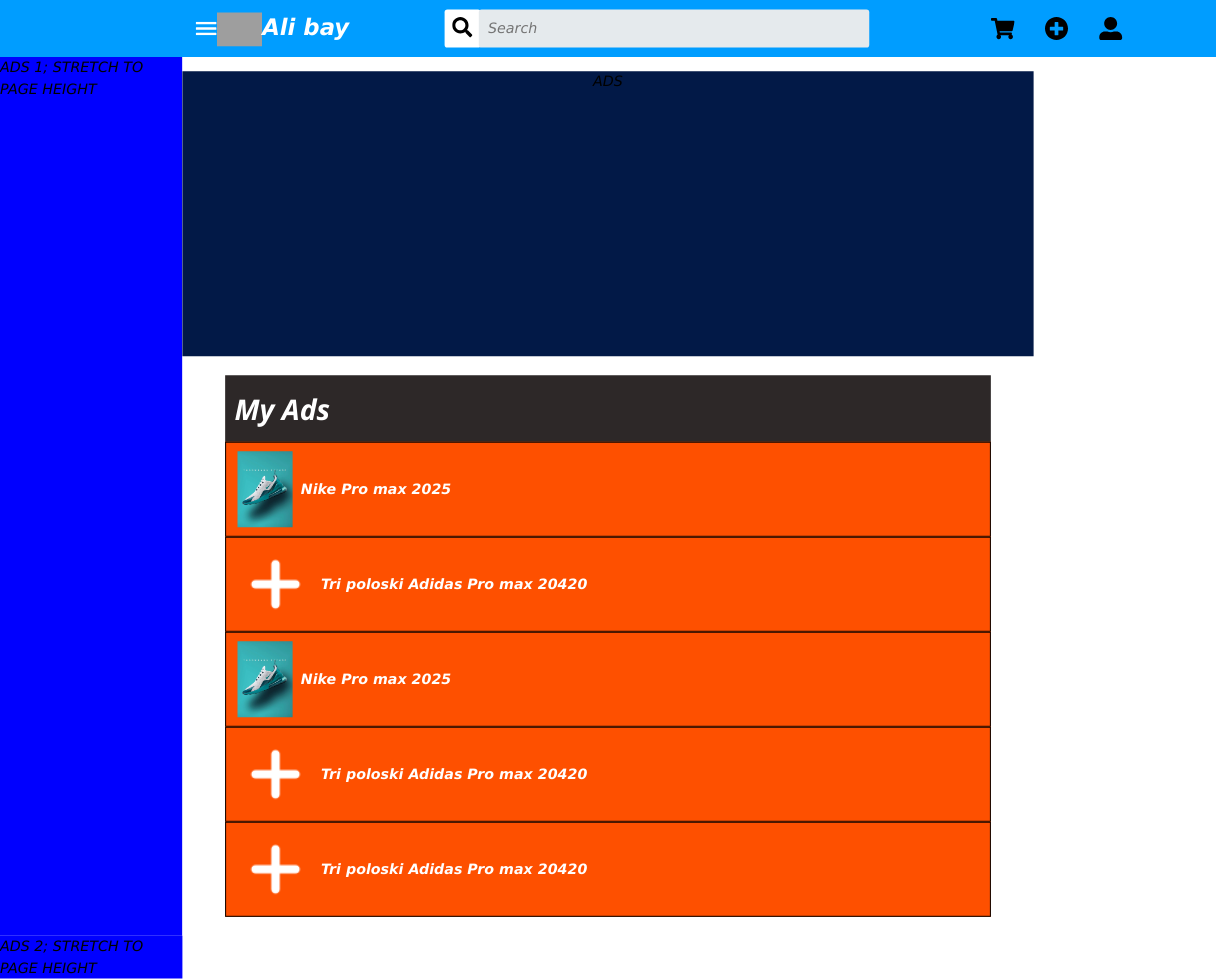
Repository: Aramys21/alibay-site
Page: public/ad_list.html
These files come from the project's save history. The page is drawn as it stood at one moment and after a run of saves; the edit follows.
The browser window is 1280 px wide. The pictures show the whole page, at 95% of full size.
Pictures or frames that could not be fetched are drawn as grey boxes.

Above is the page before, as saved 2023-04-05 00:53:59.

### public/ad_list.html
<!DOCTYPE html>
<html>
  <head>
	<link rel="stylesheet" href="src/css/w3.css">
	<link rel="stylesheet" href="src/css/style.css">
	<link rel="stylesheet" href="src/css/style4.css">
    <title>Ads List Page</title>
  </head>
  <body>
	<div class="w3-sidebar w3-bar-block w3-card w3-animate-left side-bar" style="display:none" id="mySidebar">
		<!-- Side bar Menu -->
		<div class="sidebar-language">
			<button class="w3-bar-item w3-button w3-xlarge sidebar">ENG</button>
			<button class="w3-bar-item w3-button w3-xlarge sidebar">FR</button>
			<button class="w3-bar-item w3-button w3-xlarge sidebar">عربي</button>
		</div>
		<!-- contents of side bar -->
		<a class="w3-bar-item sidebar-title">Compte</a>
		<a href="login.html" class="w3-bar-item sidebar-link"><img class="search-icon" src="src/icons/account-white-icon.svg" style="height:12px;"> Login</a>
		<a href="register.html" class="w3-bar-item sidebar-link"><img class="search-icon" src="src/icons/account-add-icon.svg" style="height:12px;"> Register</a>
		<!-- separator -->
		<a class="w3-bar-item sidebar-title">Categories</a>
		<a href="#" class="w3-bar-item sidebar-link"><img class="search-icon" src="src/icons/perfume-icon.svg" style="height:18px;"> Cosmetique et beauté</a>
		<a href="#" class="w3-bar-item sidebar-link"><img class="search-icon" src="src/icons/watch-icon.svg" style="height:18px;"> Accessoire de mode</a>
		<a href="#" class="w3-bar-item sidebar-link"><img class="search-icon" src="src/icons/car-icon.svg" style="height:18px;"> Véhicules</a>
		<a href="#" class="w3-bar-item sidebar-link"><img class="search-icon" src="src/icons/battery-icon.svg" style="height:18px;"> piéces détachées</a>
		<a href="#" class="w3-bar-item sidebar-link"><img class="search-icon" src="src/icons/android-icon.svg" style="height:18px;"> Téléphones</a>
		<a href="#" class="w3-bar-item sidebar-link"><img class="search-icon" src="src/icons/headphones-icon.svg" style="height:18px;"> Accessoires de téléphones</a>
		<a href="#" class="w3-bar-item sidebar-link"><img class="search-icon" src="src/icons/appliance-icon.svg" style="height:18px;"> Electronique et electroménager</a>
		<a href="vetements.html" class="w3-bar-item sidebar-link"><img class="search-icon" src="src/icons/clothes-icon.svg" style="height:18px;"> Vétements</a>
	</div>

   <div id="navbar" class="navbar">
		<a href="#" id="openNav" class="w3-large navbar-first" onclick="menu_click()"><svg width="22" height="14" viewBox="0 0 22 14" fill="none" xmlns="http://www.w3.org/2000/svg">
			<path d="M0.785714 2.57143H21.2143C21.6482 2.57143 22 2.31561 22 2V0.571429C22 0.255821 21.6482 0 21.2143 0H0.785714C0.351754 0 0 0.255821 0 0.571429V2C0 2.31561 0.351754 2.57143 0.785714 2.57143ZM0.785714 8.28571H21.2143C21.6482 8.28571 22 8.02989 22 7.71429V6.28571C22 5.97011 21.6482 5.71429 21.2143 5.71429H0.785714C0.351754 5.71429 0 5.97011 0 6.28571V7.71429C0 8.02989 0.351754 8.28571 0.785714 8.28571ZM0.785714 14H21.2143C21.6482 14 22 13.7442 22 13.4286V12C22 11.6844 21.6482 11.4286 21.2143 11.4286H0.785714C0.351754 11.4286 0 11.6844 0 12V13.4286C0 13.7442 0.351754 14 0.785714 14Z" fill="white"/>
			</svg>
			</a>
		<div class="navbar__logo"><a href="home.html"><img src="src/images/logo-ab.png" style="width:8%;height:auto;"/>Ali bay</a></div>
		<div class="navbar__search">
		<a class="search-icon-link" href="#"><img class="search-icon" src="src/icons/search-icon.svg" style="width:22px;"></a>
		<input type="text" placeholder="Search" class="navbar__search__input"/>
		</div>
		<div class="navbar__links">


			<div class="dropdown">
				<a href="#" class="dropbtn"><img class="nav-icons" src="src/icons/cart-icon.svg"></a>
				<div id="dropdown-cart" class="dropdown-content">
					<p>My Cart</p>
					<a href="#"><img class="search-icon" src="src/icons/clothes-icon.svg"> Link 1</a>
					<a href="#"><img class="search-icon" src="src/icons/watch-icon.svg"> Link 2</a>
					<a href="#"><img class="search-icon" src="src/icons/appliance-icon.svg"> Link 3</a>
				</div>
			</div>

			<div class="dropdown">
				<a href="ad_list.html" class="dropbtn"><img class="nav-icons" src="src/icons/add-icon.svg"></a>
			</div>

			<div class="dropdown">
				<a href="#" class="dropbtn"><img class="nav-icons" src="src/icons/account-icon.svg"></a>
				<div id="dropdown-acc" class="dropdown-content">
					<p>My Account</p>
					<div class="dropdown-acc-info-container">
						<div class="dropdown-acc-icon"><img id="dropdown-account-icon" src="src/icons/account-icon.svg"></div>
						<a id="dropdown-acc-username">WexDex</a>
					</div>

					<a href="#">Disconnect</a>
				</div>
			</div>

      </div>
    </div>
	<script>
		function menu_click() {
		  if (document.getElementById("mySidebar").style.display === "none") {
			  document.getElementById("mySidebar").style.left = "0";
			  document.getElementById("mySidebar").style.width = "15%";
			  document.getElementById("mySidebar").style.display = "block";
		  }
		  else {
			  document.getElementById("mySidebar").style.display = "none";
		  }
		}
		function w3_close() {
			  document.getElementById("mySidebar").style.display = "none";
		}
	</script>

	<!-- Body Start -->
	<div id="container" style="display:flex;">
	<div class="left">ADS 1; STRETCH TO PAGE HEIGHT</div>
	<div class="main">
		<!-- ADS -->
		<div class="ad-box">
			<p>ADS</p>
		</div>
		<!-- main content -->

		<div class="list-container">
			<div class="list-label"><h2>My Ads</h2></div>
			<!-- Item list -->

			<!-- Single item start -->
			<div class="list-item">
				<a><img src="src/images/ades (1).png"></a>
				<a>Nike Pro max 2025</a>
			</div>
			<!-- single item end -->

			<!-- Single item start -->
			<div class="list-item">
				<a><img src="src/images/ades (2).png"></a>
				<a>Tri poloski Adidas Pro max 20420</a>
			</div>
			<!-- single item end -->

			<!-- Single item start -->
			<div class="list-item">
				<a><img src="src/images/ades (1).png"></a>
				<a>Nike Pro max 2025</a>
			</div>
			<!-- single item end -->

			<!-- Single item start -->
			<div class="list-item">
				<a><img src="src/images/ades (2).png"></a>
				<a>Tri poloski Adidas Pro max 20420</a>
			</div>
			<!-- single item end -->
			<!-- Single item start -->
			<div class="list-item">
				<a><img src="src/images/ades (2).png"></a>
				<a>Tri poloski Adidas Pro max 20420</a>
			</div>
			<!-- single item end -->


		</div>
		</div>


	</div>
		<div class="right">ADS 2; STRETCH TO PAGE HEIGHT</div>
	</div>

	<a href="#" class="back-to-top"></a>
	<script>
		const backToTopButton = document.querySelector('.back-to-top');

		window.addEventListener('scroll', () => {
		  if (window.scrollY > 200) {
			backToTopButton.classList.add('show');
		  } else {
			backToTopButton.classList.remove('show');
		  }
		});

		backToTopButton.addEventListener('click', () => {
		  window.scrollTo({ top: 0, behavior: 'smooth' });
		});

	</script>
  </body>
</html>

### public/src/css/style.css
html,
body {

  font-style: italic;
}

/* Style for the navbar */
  .navbar {
	display: flex;
	justify-content: space-between;
	align-items: center;
	background-color: #009dff;
	color: #fff;
	padding: 10px;
	height: 60px;
  }
  .navbar__logo a {
	font-size: 24px;
	font-weight: bold;
	display: inline;
	color: #fff;
	text-decoration: none;

  }
  .navbar__logo img {
	  width:20% !important;
  }
  .navbar-first {
	  margin-left: 15%;
  }
  .navbar__logo {
	  display: inline;
	  width: 30%;
  }
  .navbar__search {
	  display: flex;
	  width:70%;
  }

  .navbar__search__input {
	/* margin: 0 20px; */
	margin-left: -2px;
	height: 40px;
	border-radius: 3px;
	border: none;
	padding: 0 10px;
	z-index: 1;
  }

  input[type="text"].navbar__search__input {
	margin-right: 20%;
	width: 100% !important;
	background-color: #e5eaed;
  }
  .search-icon-link {
	padding-top: 7px;
	background-color: #ffffff;
	border-radius: 3px;
	border: none;
	padding-left: 8px;
	padding-right: 8px;
  }

  .navbar__links {
	display: flex;
	margin-right: 5%;
  }
  .navbar__links a {
	color: #000;
	text-decoration: none;
	margin-right: 30px;
	font-size: 20px;
	margin-right: 50px;
  }
  .navbar__links a:last-child {
	margin-right: 0;
  }


  .nav-icons {
	  fill: black;
	  color: black;
  }

.side-bar {
	transition: 0.5s;
	background-color: #009dff;
	color: #fff;
}

#navbar {
  transition: margin-left .5s;
  padding: 20px;
}

@media screen and (max-height: 450px) {
  .navbar {padding-top: 15px;}
  .navbar a {font-size: 18px;}
}

/* Drop down */

.dropdown {
  float: left;
  overflow: hidden;
}

.dropdown .dropbtn {
  font-size: 16px;
  border: none;
  outline: none;
  color: white;
  padding: 14px 16px;
  background-color: inherit;
  font-family: inherit;
  margin: 0;
}

.navbar a:hover, .dropdown:hover .dropbtn {

}

.dropdown-content {
  display: none;
  position: absolute;
  background-color: #f9f9f9;
  box-shadow: 0px 8px 16px 0px rgba(0,0,0,0.2);
  z-index: 1;
  right : 10px;
}
#dropdown-cart {
	min-width: 400px;
}
#dropdown-acc {
	min-width: 250px;
}

.dropdown-acc-info-container {
	display: flex;
	align-items: center;
	background-color: #2D2828;
}
.dropdown-acc-info-container a {
	color: white;
	font-size: 20px;

}

.dropdown-acc-icon {
  display: flex;
  justify-content: center;
  align-items: center;
  width: 70px;
  height: 70px !important;
  border-radius: 50%;
  background-color: #FE5000;
  margin-bottom: 5px;
  color: white;
  margin: 5px;
}

.dropdown-acc-icon img {
	fill: #fff;
	color: #fff;
}

.dropdown-content a:not([id="dropdown-acc-username"]),.dropdown-content p,.dropdown-content img {
  float: none;
  color: #fff;
  padding: 6px 10px;
  text-decoration: none;
  display: flex;
  text-align: left;
  margin-right: 0;
  background-color: #FE5000;
}
.dropdown-content img {
	background-color: transparent;
}
.dropdown-content a {
	display: flex;
}

.dropdown-content p {
	background-color: #2D2828;
	margin-bottom: 0;
	margin-top: 0;
	font-size: 20px;
	color: #fff;
}
#dropdown-acc p {
	background-color: #000;
}

.dropdown-content a:hover:not([id="dropdown-acc-username"]),.dropdown-content img:hover {
  background-color: #942B0A;
}
#dropdown-account-icon:hover {
	background-color: transparent;
}

.dropdown:hover .dropdown-content {
  display: block;
}

/* Sidebar */

.sidebar-language button {
	width: 34%;
	font-size: 20px;
}
.sidebar-language {
	display: flex;
	background-color: #0077ff;
	color: #fff;
}
a.sidebar-title, a.sidebar-link {
	text-decoration: none;
}
a.sidebar-link {
	margin-left: 5%;
}
a.sidebar-link:hover {
	background-color: #942B0A;
}


/* Body Structure */
.container {
  justify-content: center;
  align-items: center;
}
.left,
.right {
  display:flex;
  /* height: 100%; */
  width: 15%;
}
.left {
  background-color: blue;
}

.right {
  background-color: blue;
}

.main {
  height: 100%;
  background-color: white;
  width: 70%;
}


/* Content */
.ad-box {
	height:300px;
	background-color: #021947;
	text-align: center;
	align-items: middle;
	margin: auto;
	width:100%;

}

.ad-box img {
	color: #000;
	font-size: 40px;
	margin: auto;
  background-size: cover;
  width: 100%;
  height: 100%;

}
.right img{
  width: 100%;
  height: 100%;

}

/* Categories */

.category-links {
	display: flex;
	justify-content: space-between;
	align-items: center;
  justify-content: center;
	background-color: #2D2828;
	height: 250px;
  padding-top: 10px;
	/* padding-left: 5%;
	padding-right: 5%; */
	flex-wrap: wrap;
	width:auto;
	/* margin-left: 15%; */
	/* margin-right: auto; */
}

.category-link {
  display: flex;
  flex-direction: column;
  justify-content: center;
  align-items: center;
  text-align: center;
  width: 100px;
  height: 120px;
  text-decoration: none;
  font-weight: bold;
  font-size: 1.2em;
  margin-right: 10px;
}

.category-icon {
  display: flex;
  justify-content: center;
  align-items: center;
  width: 70px;
  height: 70px !important;
  border-radius: 50%;
  background-color: #009dff;
  margin-bottom: 5px;
  color: white;
}
.category-icon.active-category {
  background-color: #8CBE39;
}

.category-icon img {
	fill: #fff;
	color: #fff;
}
.icn{
color: #fff;
fill: #fff;
height: 75% ;
}
.category-text {
  display: flex;
  text-overflow: ellipsis;
  overflow: hidden;
  word-wrap: break-word;
  color: white;
  font-size: 1rem;
  height: 50px;
}
/* Filter Bar */
.filter-container {
	/* width: 80%; */
	margin: auto;
	margin-top: 20px;
	display: flex;
	justify-content: center;
}
.filter-bar {
	display: flex;
	width: 40%;
	margin-right: 10%;
}
.filter-bar input {
	width: 100%;
	background-color: #009dff;
	border: none;
	color: white;
	border-top-left-radius: 5px;
	border-bottom-left-radius: 5px;
}

.filter-search-icon-link {
	padding: 8px;
	background-color: #08024f;
	border-top-right-radius: 3px;
	border-bottom-right-radius: 3px;
	border: none;
  }
/* Filter Dropdown */
.filter-dropdown {
  position: relative;
  display: inline-block;
}

.filter-btn {
  background-color: #009dff;
  color: white;
  padding: 10px;
  border: none;
  cursor: pointer;
  border-radius: 15px;
  font-size: 18px;
}

.filter-content {
  display: none;
  position: absolute;
  background-color: #009dff;
  min-width: 200px;
  z-index: 1;
  padding: 10px;
  box-shadow: 0px 8px 16px 0px rgba(0,0,0,0.2);
  border: black solid 1px;
}
.filter-content select,.filter-content input {
	background-color: #2D2828;
	color: white;
}

.filter-content form {
  margin: 0;
}

.filter-content label {
  display: block;
  font-weight: bold;
  margin-bottom: 5px;
}

.filter-content select, .filter-content input {
  display: block;
  margin-bottom: 10px;
  width: 100%;
  padding: 5px;
  border: 1px solid #ccc;
  border-radius: 4px;
  box-sizing: border-box;
}

.filter-content button[type=submit] {
  background-color: #4CAF50;
  color: white;
  border: none;
  padding: 10px;
  cursor: pointer;
}

.filter-dropdown:hover .filter-content {
  display: block;
}


/* Products List */
.product-list {
	display: flex;
	flex-wrap: wrap;
	justify-content: space-between;
	padding-left: 10%;
	padding-right: 10%;
	padding-top: 5%;
	width:100%;
}

.product-card {
  width: calc((100% / 3) - 20px);
  margin-bottom: 20px;
  box-shadow: 0 0 5px rgba(0, 0, 0, 0.2);
  border-radius: 5px;
  overflow: hidden;
  background-color: #006afe;
}

.product-card-img {
  display: block;
  width: 100%;
  height: 350px;
}

.product-card h2 {
  font-size: 1.2em;
  margin: 10px;
}

.product-card p {
  font-size: 0.9em;
  margin: 10px;
  color: #555;
}

.product-icons {
	display: flex;
	align-items: center;
	width: 50%;
}

.product-card a.card-icon-links {
  margin-left: 20px;
  padding: 20px 0px;
  border: none;
  color: white;
  font-weight: bold;
  border-radius: 5px;
  cursor: pointer;
}

.card-icons img {
	width: 33%;
	height: 33%;
}

/* Back to Top button */
.back-to-top {
  display: none;
  position: fixed;
  bottom: 20px;
  right: 20px;
  width: 50px;
  height: 50px;
  background-color: #007bff;
  color: white;
  border-radius: 50%;
  text-align: center;
  line-height: 50px;
  font-size: 24px;
  cursor: pointer;
  z-index: 9999;
  transition: opacity 0.4s ease-in-out;
  text-decoration: none;
}

.back-to-top:before {
  content: "\2191";
  font-family: Arial, sans-serif;
  font-weight: bold;
}

.back-to-top:hover {
  opacity: 0.8;
}

.back-to-top.active {
  display: block;
}


.back-to-top.show {
  display: block;
  opacity: 1;
}

### public/src/css/style4.css
.list-container {
	width: 90%;
	background-color: #2D2828;
	margin: auto;
	margin-top: 20px;
	margin-bottom: 20px;
}

.list-label {
	min-height: 70px;
	max-height: 70px;
	display: flex;
    align-items: center;
}

.list-item {
	min-height: 100px;
	max-height: 100px;
	display: flex;
    align-items: center;
	background-color: #FE5000;

	border: black solid 1px;
}

.list-item img {
	height: 80px;
	margin-left: 3%;
}

.list-container h2 {
	color: white;
	font-weight: bold;
	margin-left: 10px;
}
a.link-list-item {
	background-color:green;
}
.list-item a {
	color: white;
	font-size: 30;
	font-weight: bold;
	margin-left: 10px;
}
link-item-list-full {
	width: 100%;
}

Loaded but not shown: public/src/css/w3.css (library)

After the next 4 saves:
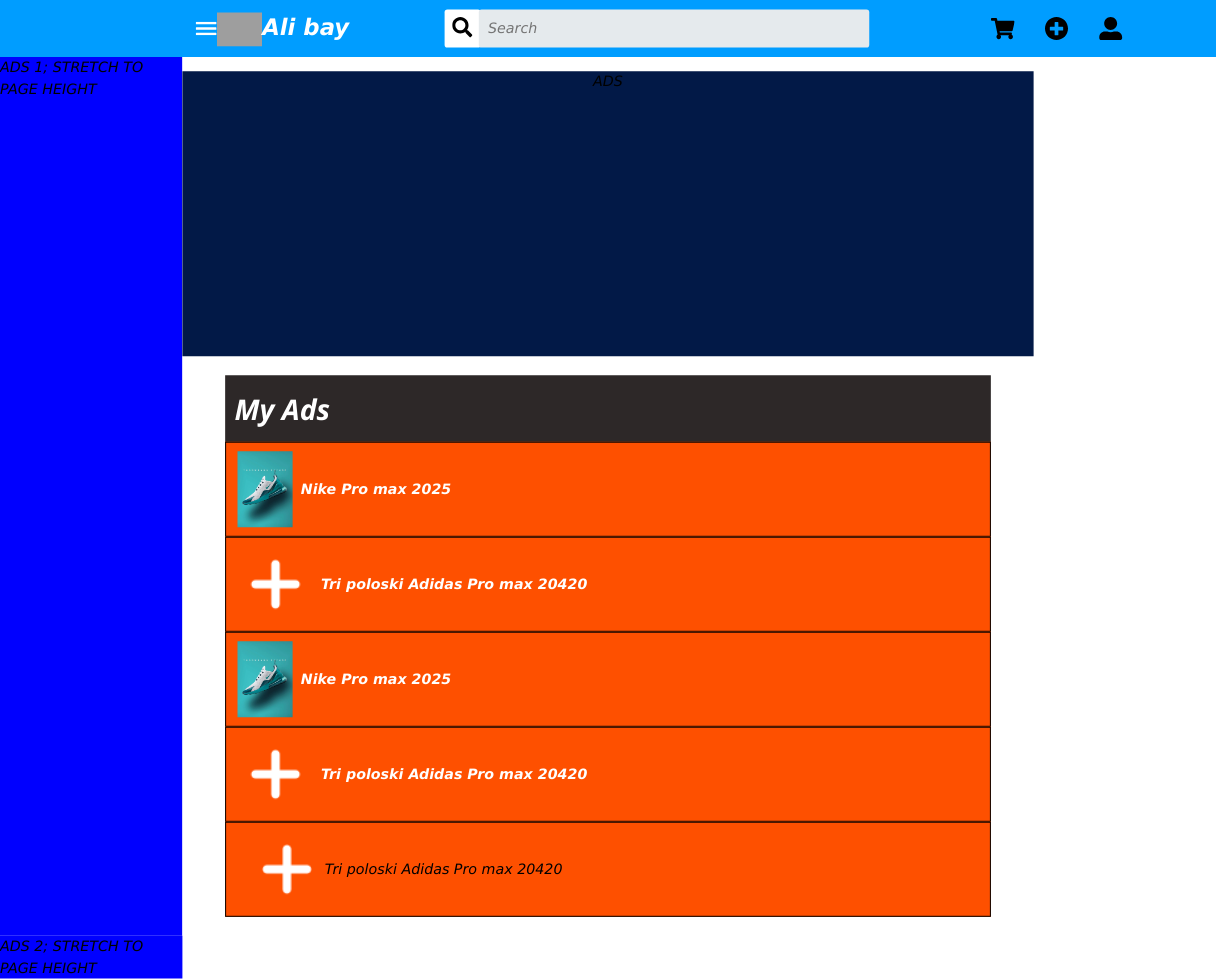
The 4 saves are shown as one change because they came seconds apart.
The last was saved 11 s later.
--- a/public/ad_list.html
+++ b/public/ad_list.html
@@ -131,8 +131,8 @@
 			<!-- single item end -->
 			<!-- Single item start -->
 			<div class="list-item">
-				<a><img src="src/images/ades (2).png"></a>
-				<a>Tri poloski Adidas Pro max 20420</a>
+				<img src="src/images/ades (2).png">
+				Tri poloski Adidas Pro max 20420
 			</div>
 			<!-- single item end -->
 
